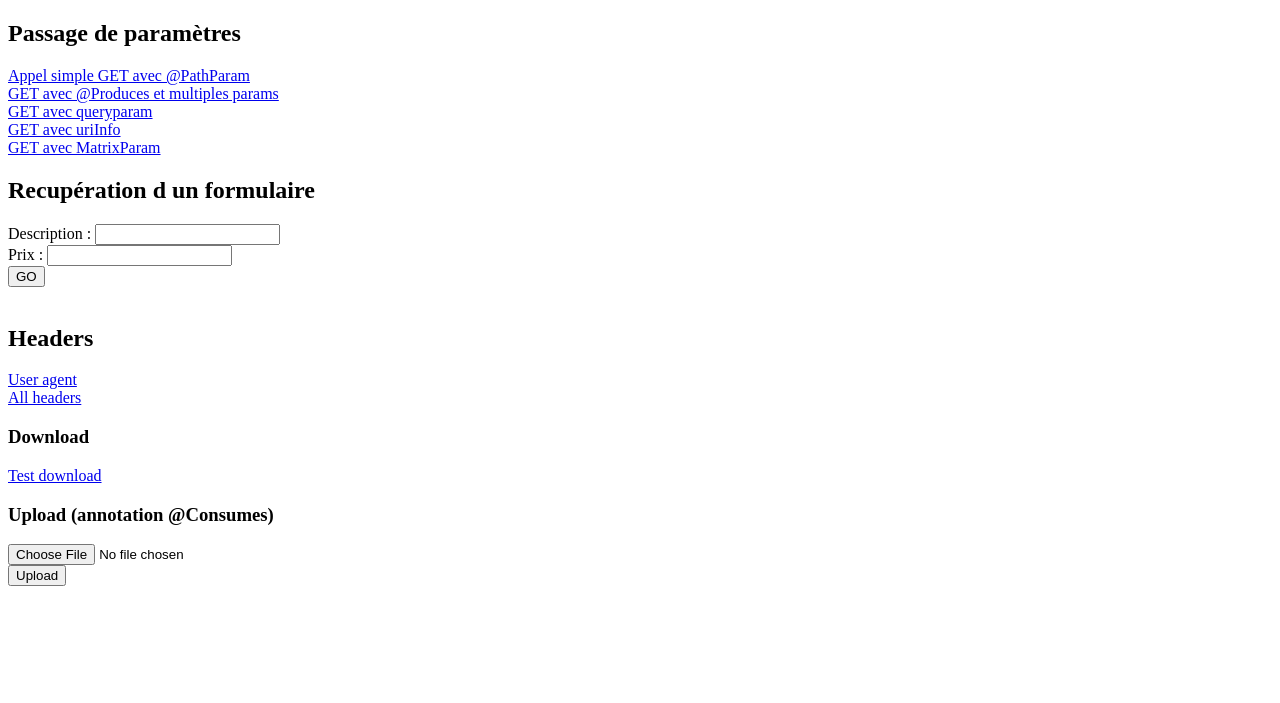
Repository: antoinebody/formationJee7
Page: http://localhost/projetRS/
An editor plug-in stored every save of this project. The page is shown before and after the next save, followed by the edit.
The browser window is 1280 px wide. The pictures show the whole page.
The page is served by Tomcat 9.

Above is the page before, as saved 2015-11-25 14:59:04.

After the next save:
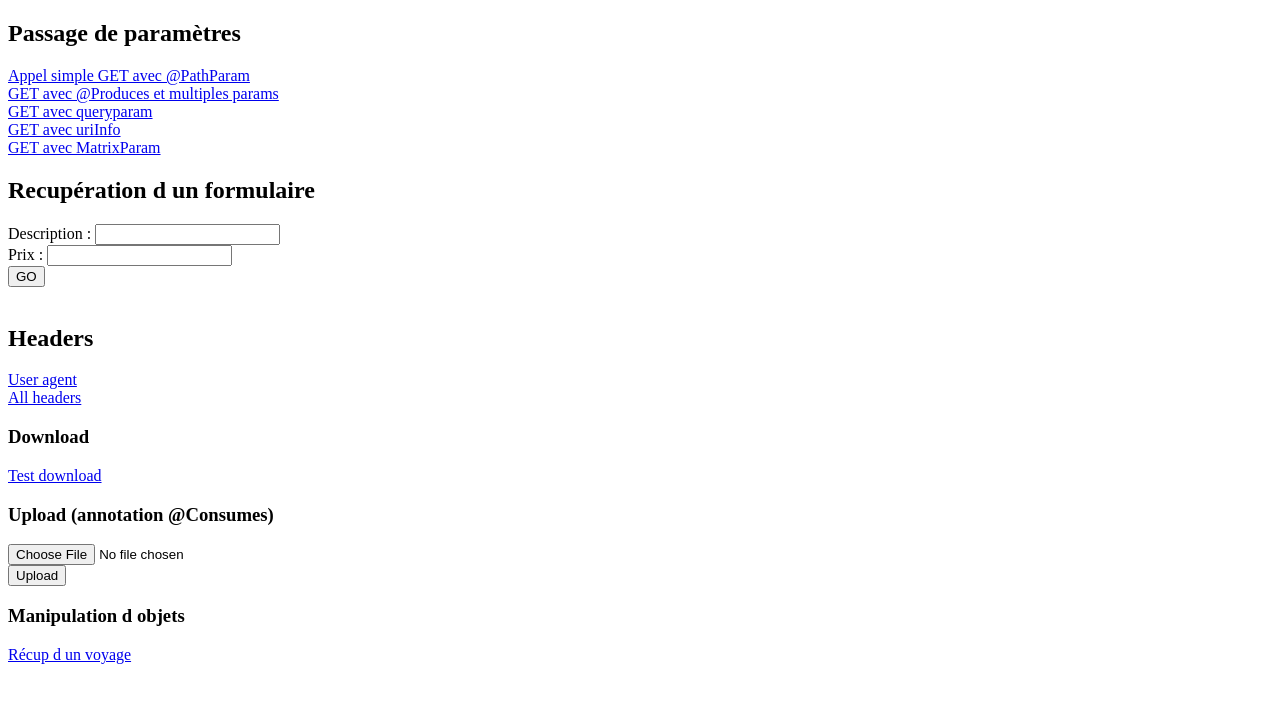
Saved 49 s later.
--- a/projetRS/WebContent/index.jsp
+++ b/projetRS/WebContent/index.jsp
@@ -47,5 +47,8 @@
 	</form>
 
 
+	<h3>Manipulation d objets</h3>
+	<a href="rest/voyages">Récup d un voyage</a>
+
 </body>
 </html>
